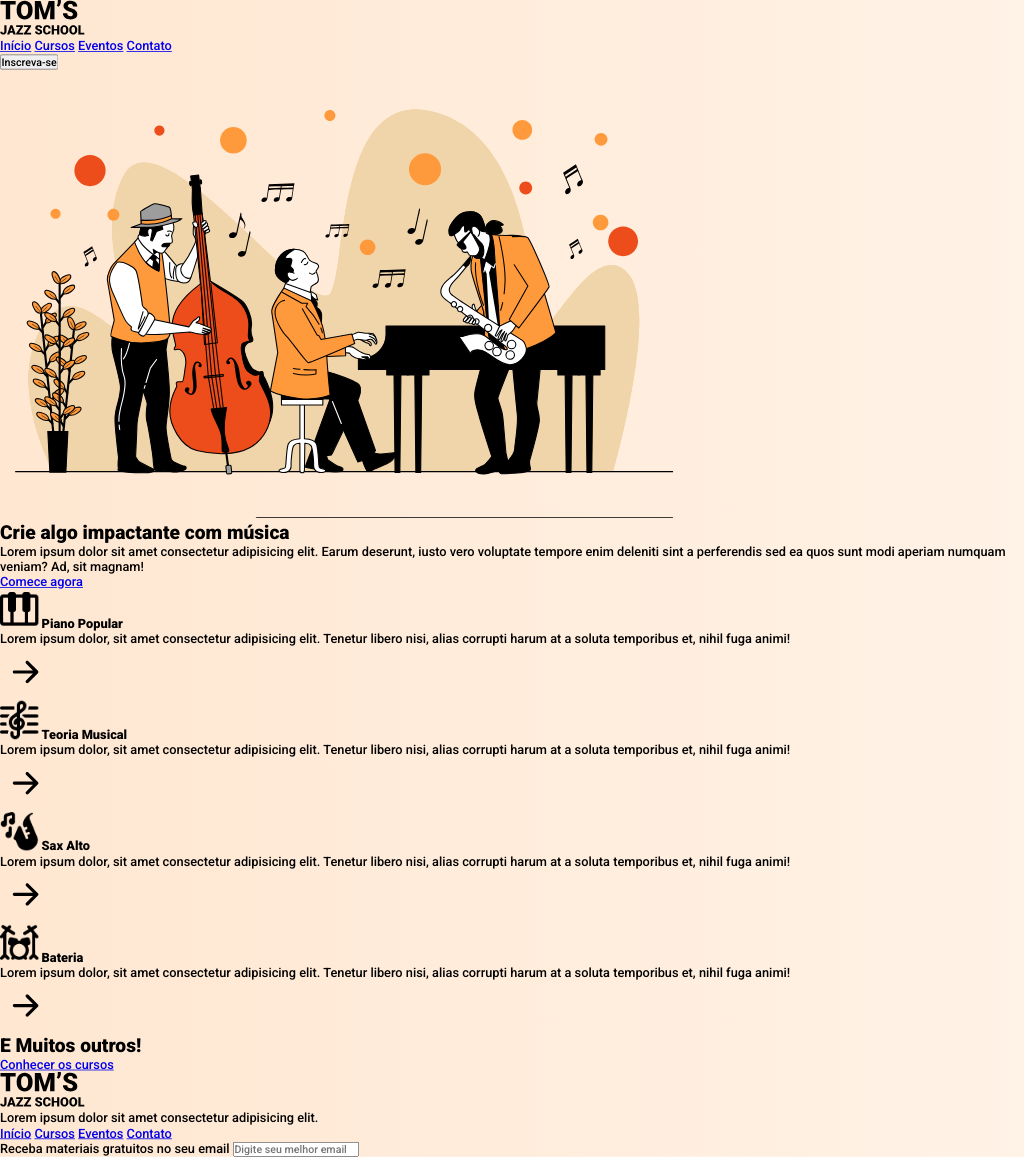
Repository: tenoriodasilva31/OBC-Music-School
Page: index.html
These files come from the project's save history. The page is drawn as it stood at one moment and after the next save; the edit follows.
The browser window is 1280 px wide. The pictures show the whole page, at 80% of full size.

Above is the page before, as saved 2023-07-05 16:58:57.

### index.html
<!DOCTYPE html>
<html lang="pt-BR">
<head>
    <meta charset="UTF-8">
    <meta name="viewport" content="width=device-width, initial-scale=1.0">
    <title>Tom's Jazz School</title>

    <link rel="preconnect" href="https://fonts.googleapis.com">
    <link rel="preconnect" href="https://fonts.gstatic.com" crossorigin>

    <link rel="stylesheet" href="index.css">

    <link href="https://fonts.googleapis.com/css2?family=Roboto:wght@500;900&display=swap" rel="stylesheet">
</head>
<body>
    <header>
        <img src="./img/logo.svg" alt="Tom's School">
        <nav>
            <a href="#">Início</a>
            <a href="#">Cursos</a>
            <a href="#">Eventos</a>
            <a href="#">Contato</a>
        </nav>
        <button href="#" class="button">Inscreva-se</button>
    </header>
    <main>
        <section>
            <img src="/img/hero-img.svg" alt="Banda de jazz se apresentando">
            <div>
                <h1>Crie algo <span>impactante</span> com música</h1>
                <p>Lorem ipsum dolor sit amet consectetur adipisicing elit. Earum deserunt, iusto vero voluptate tempore enim deleniti sint a perferendis sed ea quos sunt modi aperiam numquam veniam? Ad, sit magnam!</p>
                <a href="#" class="button">Comece agora</a>
            </div>
        </section>
        <section>
            <div class="cards">
            <article>

                <img src="/img/piano.png" alt="icone de teclas de piano">
                <strong>Piano Popular</strong>
                <p>Lorem ipsum dolor, sit amet consectetur adipisicing elit. Tenetur libero nisi, alias corrupti harum at a soluta temporibus et, nihil fuga animi!</p>
                <a href="#">
                    <img src="/img/arrow-right.svg" alt="Ir para página do curso">
                </a>
            </article>
            <article>
                <img src="/img/clef.png" alt="icone clave">
                <strong>Teoria Musical</strong>
                <p>Lorem ipsum dolor, sit amet consectetur adipisicing elit. Tenetur libero nisi, alias corrupti harum at a soluta temporibus et, nihil fuga animi!</p>
                <a href="#">
                    <img src="/img/arrow-right.svg" alt="Ir para página do curso">
                </a>
            </article>
            <article>
                <img src="/img/sax.png" alt="icone de teclas de piano">
                <strong>Sax Alto</strong>
                <p>Lorem ipsum dolor, sit amet consectetur adipisicing elit. Tenetur libero nisi, alias corrupti harum at a soluta temporibus et, nihil fuga animi!</p>
                <a href="#">
                    <img src="/img/arrow-right.svg" alt="Ir para página do curso">
                </a>
            </article>
            <article>
                <img src="/img/drums.png" alt="icone de teclas de piano">
                <strong>Bateria</strong>
                <p>Lorem ipsum dolor, sit amet consectetur adipisicing elit. Tenetur libero nisi, alias corrupti harum at a soluta temporibus et, nihil fuga animi!</p>
                <a href="#">
                    <img src="/img/arrow-right.svg" alt="Ir para página do curso">
                </a>
            </article>
            </div>
            <h2>E <span>Muitos</span> outros!</h2>
            <a href="#" class="button">Conhecer os cursos</a>
        </section>
    </main>

    <footer>
        <div>
            <img src="/img/logo.svg" alt="Tom's School">
            <p>Lorem ipsum dolor sit amet consectetur adipisicing elit. </p>
        </div>
        <nav>
            <a href="#">Início</a>
            <a href="#">Cursos</a>
            <a href="#">Eventos</a>
            <a href="#">Contato</a>
        </nav>
        <form>
            <label for="email">Receba materiais gratuitos no seu email</label>
            <input type="text" name="email" id="email" placeholder="Digite seu melhor email">
        </form>
    </footer>
</body>
</html>

### index.css
* {
    box-sizing: border-box;
    font-family: 'Roboto', sans-serif;
    margin: 0;
    padding: 0;
}

:root {
    --color-primary: #ED4D1B;
    --color-secondary: #FF9a3c;
    --color-black: #000;
    --color-white: #FFF;
}

body {
    background: linear-gradient(90deg, #ffe7d1 0%, #FFF2e6 100%);

}

After the next save:
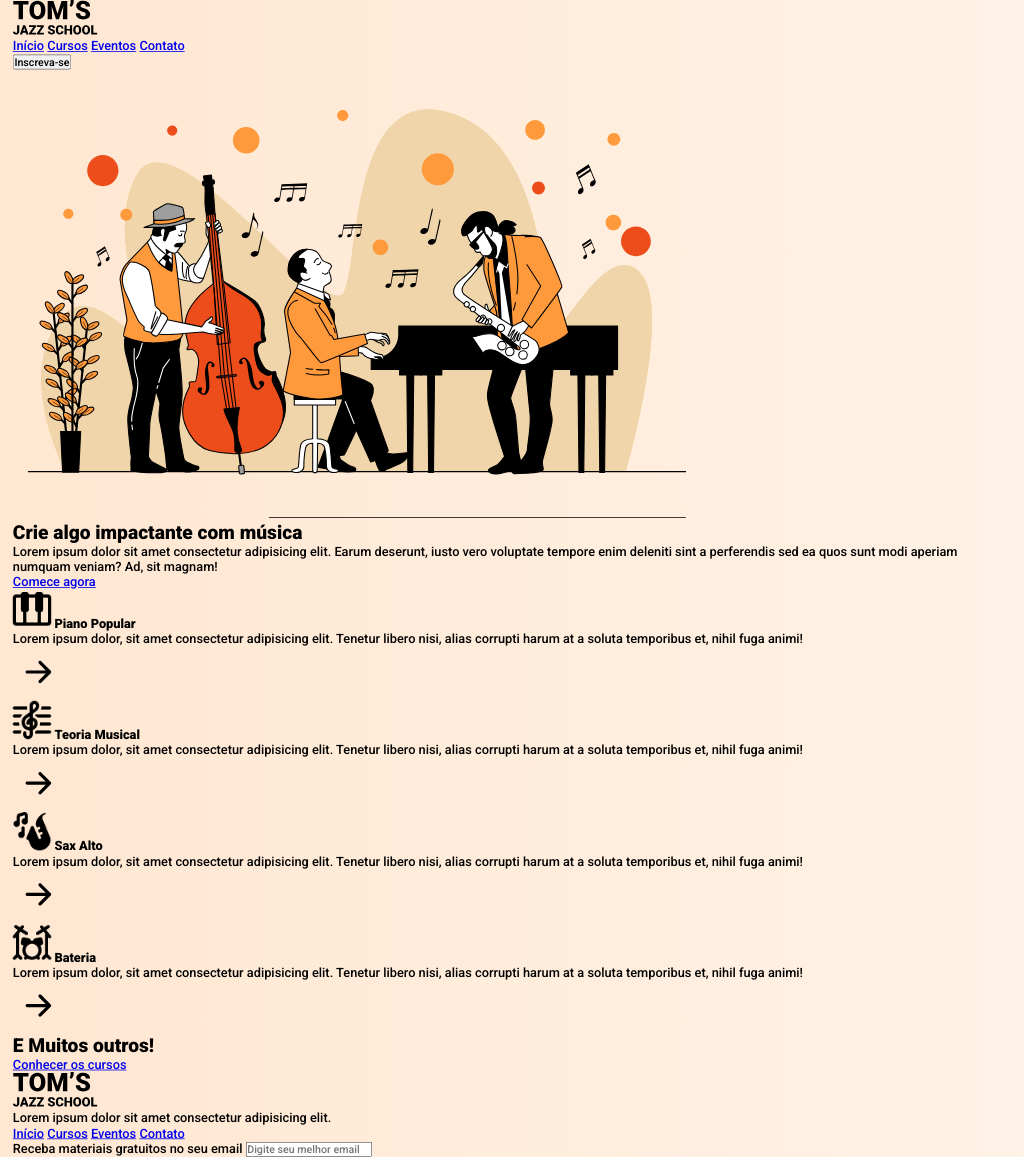
Saved 20 s later.
--- a/index.css
+++ b/index.css
@@ -14,5 +14,5 @@
 
 body {
     background: linear-gradient(90deg, #ffe7d1 0%, #FFF2e6 100%);
-
+    padding: 0 1rem;
 }
